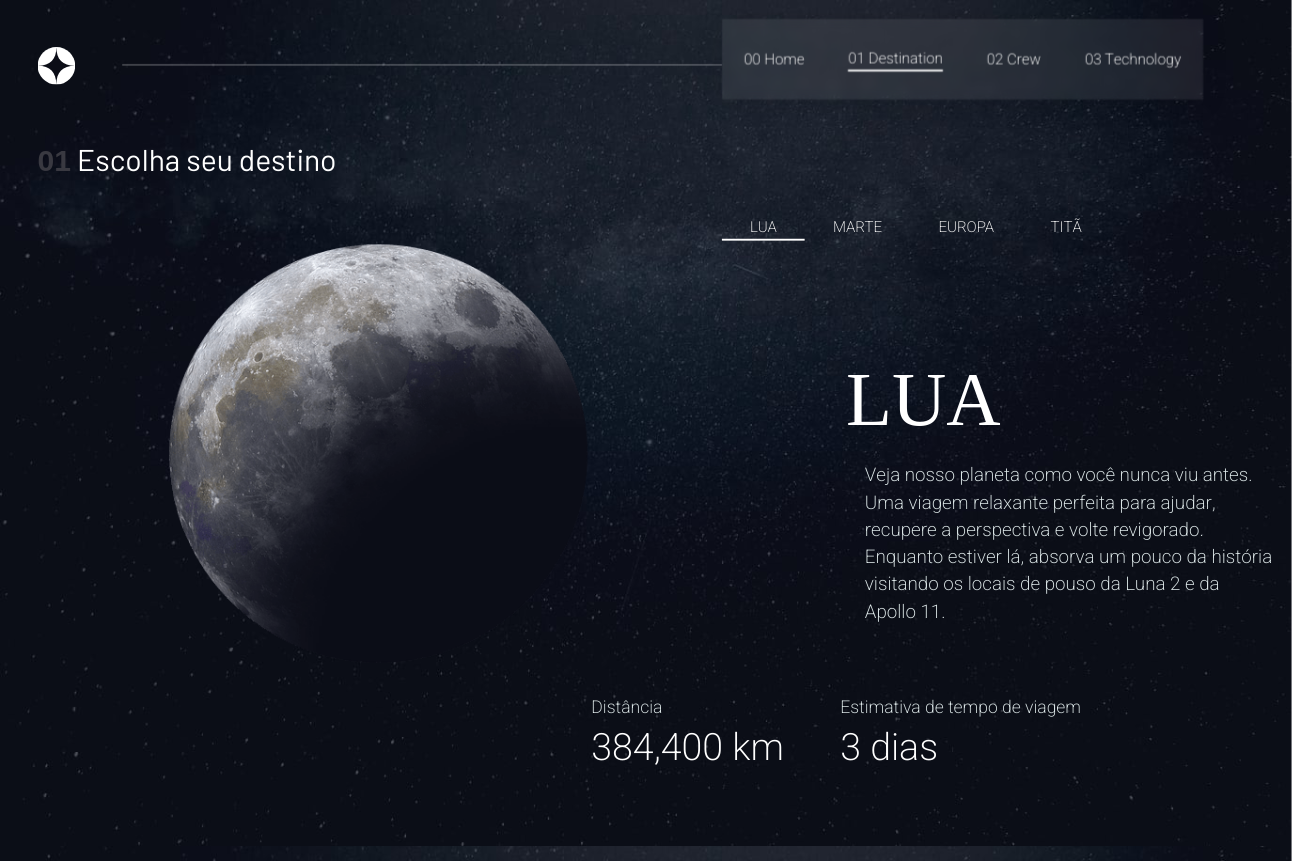
Repository: Leonngc/space-site
Page: space-tourism-website-main/space-tourism-website-main/starter-code/destination-moon.html
These files come from the project's save history. The page is drawn as it stood at one moment and after a run of saves; the edit follows.
The browser window is 1280 px wide. The page is 1374 px wide, so the pictures cover 1374 px, including what lies to the right of the window. The pictures show the whole page, at 94% of full size.

Above is the page before, as saved 2023-04-30 01:28:44.

After the next 2 saves:
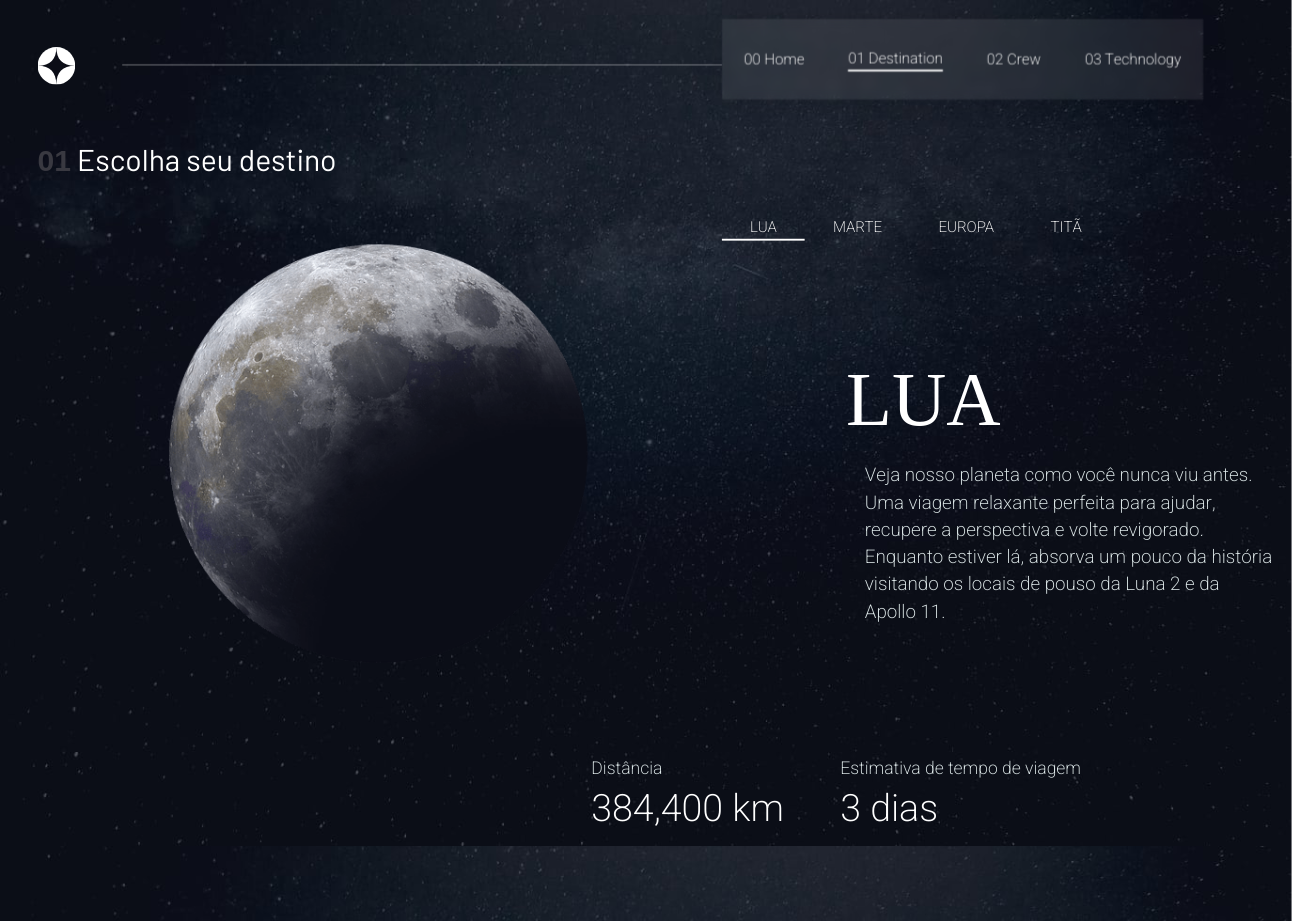
The 2 saves are shown as one change because they came seconds apart.
The last was saved 7 s later.
--- a/space-tourism-website-main/space-tourism-website-main/starter-code/destination-moon.html
+++ b/space-tourism-website-main/space-tourism-website-main/starter-code/destination-moon.html
@@ -41,7 +41,8 @@
     </ul>
 
     <div class="destination-container">
-      <img src="assets/destination/image-moon.png" alt="" class="img-">
+      <img src="assets/destination/image-moon.png" alt="" class="img-desktop">
+      <img src="" alt="">
 
       <div class="destination-info">
         <h2>Lua</h2>
